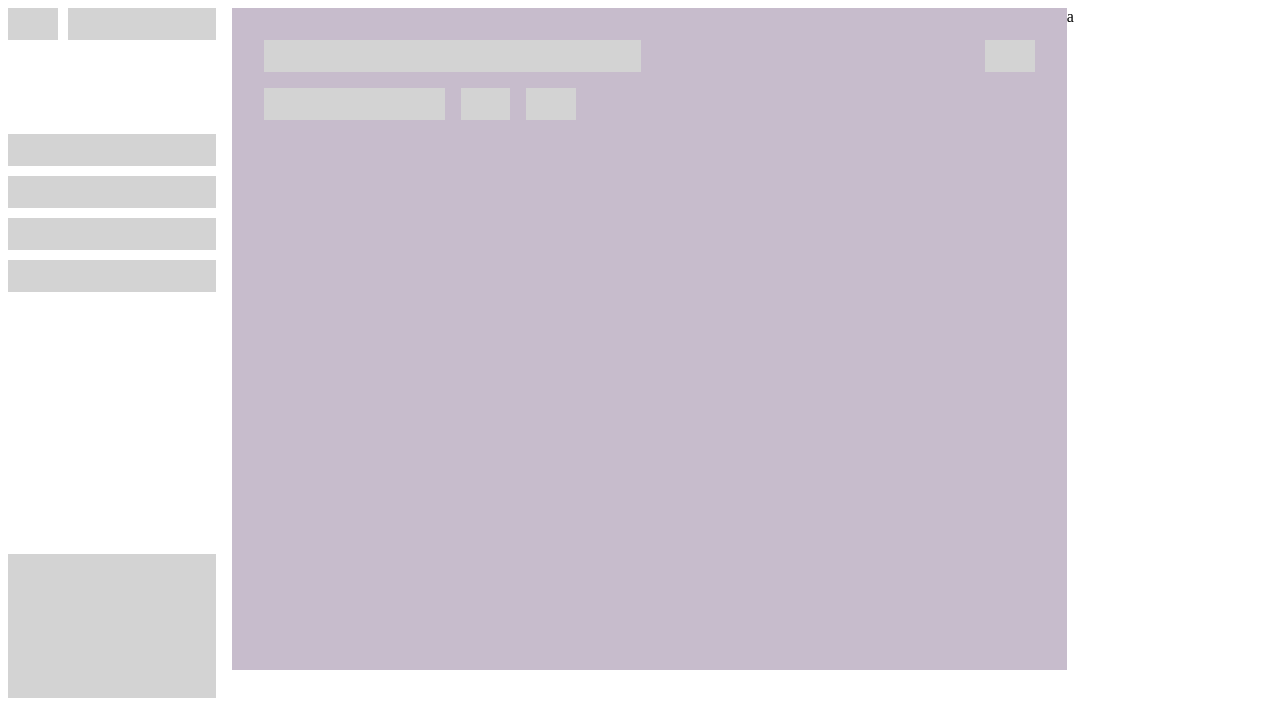
Repository: tr2cky/exercise2
Page: index.html
The author's editor kept a copy of each file at every save. The page is drawn from the files as they stood at one save, then again after the next save.
The browser window is 1280 px wide. The pictures show the whole page.

Above is the page before, as saved 2022-10-01 11:58:28.

### index.html
<!DOCTYPE html>
<html lang="en">

<head>
    <meta charset="UTF-8">
    <meta http-equiv="X-UA-Compatible" content="IE=edge">
    <meta name="viewport" content="width=device-width, initial-scale=1.0">
    <link rel="stylesheet" href="style.css">
    <title>Document</title>
</head>

<body>
    <div class="container">
        <div class="side1">
        <div id="box1"></div>
        <div id="box2"></div>
        <div id="box3"></div>
        <div id="box4"></div>
        <div id="box5"></div>
        <div id="box6"></div>
        <div id="box7"></div>
        <div id="box8"></div>
        </div>
        <main>
            <div id="boxa"></div>
            <div id="boxb"></div>
            <div id="boxc"></div>
            <div id="boxd"></div>
            <div id="boxe"></div>
        </main>
        <div class="side2">
            a
        </div>
    </div>
</body>

</html>

### style.css
.container {
    display: flex;
    flex-direction: row;
    height: 92vh;
}

main {
    flex-grow: 3;
    background-color: rgb(199, 188, 204);
    display: grid;
    grid-template-columns: repeat(12, 1fr);
    grid-auto-rows: 2em;
    grid-gap: 1em;
    padding: 2em;
}

.side1 {
    flex-grow: 1;
    display: grid;
    grid-template-columns: 1fr 3fr;
    grid-auto-rows: 2em;
    grid-gap: 10px;
    margin-right: 1em;
}

.side2 {
    flex-grow: 1;
}

.side1 div,
main div,
.side2 div {
    background-color: lightgray;
}

#box3 {
    grid-column: 1/3;
    grid-row: 8;
    justify-self: start;
}

#box4 {
    grid-column: 1/3;
    grid-row: 4;
}

#box5 {
    grid-column: 1/3;
    grid-row: 5;
}

#box6 {
    grid-column: 1/3;
    grid-row: 6;
}

#box7 {
    grid-column: 1/3;
    grid-row: 7;
}

#box8 {
    grid-column: 1/3;
    grid-row: 14;
    height: 9em;
}

#boxa {
    grid-column: 1/7;
}

#boxb {
    grid-column: 12;
}

#boxc {
    grid-column: 1/4;
}

After the next save:
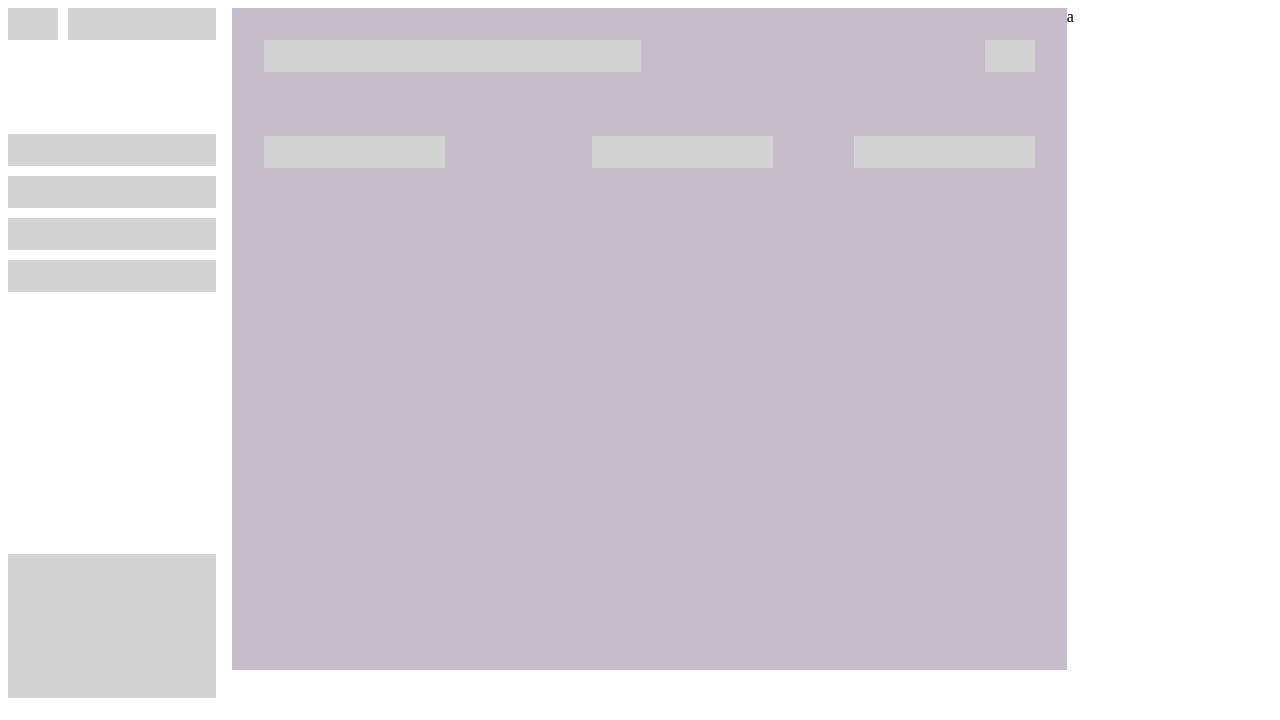
Saved 2 min 55 s later.
--- a/style.css
+++ b/style.css
@@ -75,4 +75,17 @@ main div,
 
 #boxc {
     grid-column: 1/4;
+    grid-row: 3;
 }
+#boxd {
+    grid-column: 6/9;
+    grid-row: 3;
+}
+#boxe {
+    grid-column: 7/10;
+    grid-row: 3;
+}
+#boxe {
+    grid-column: 10/13;
+    grid-row: 3;
+}
